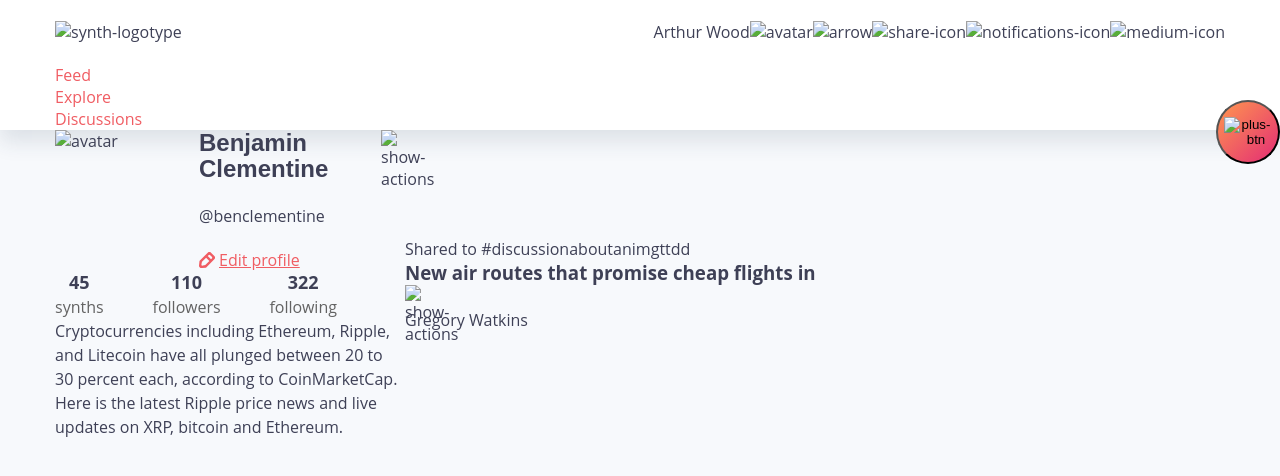
Repository: ecspetra/swivl-test-task
Page: index.html
An editor plug-in stored every save of this project. The page is shown before and after the next save, followed by the edit.
The browser window is 1280 px wide. The pictures show the whole page.

Above is the page before, as saved 2021-12-09 20:50:42.

After the next save:
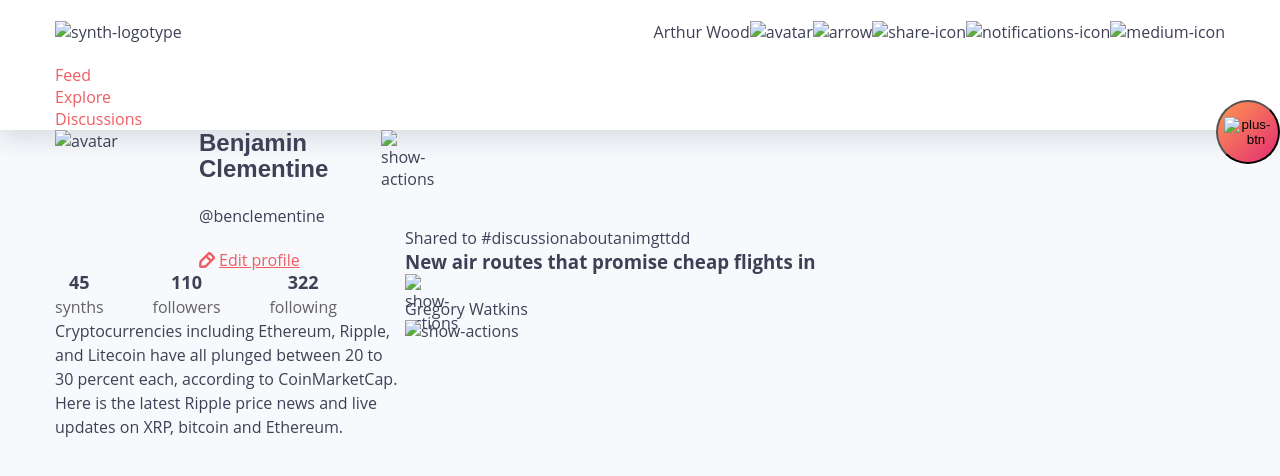
Saved 89 s later.
--- a/index.html
+++ b/index.html
@@ -89,6 +89,10 @@
                                 <img class="profile__dots" src="" alt="show-actions">
                             </div>
                             <p class="">Gregory Watkins</p>
+                            <div class="">
+                                <img class="profile__dots" src="" alt="show-actions">
+                                <p class=""></p>
+                            </div>
                         </div>
                     </article>
                 </div>
